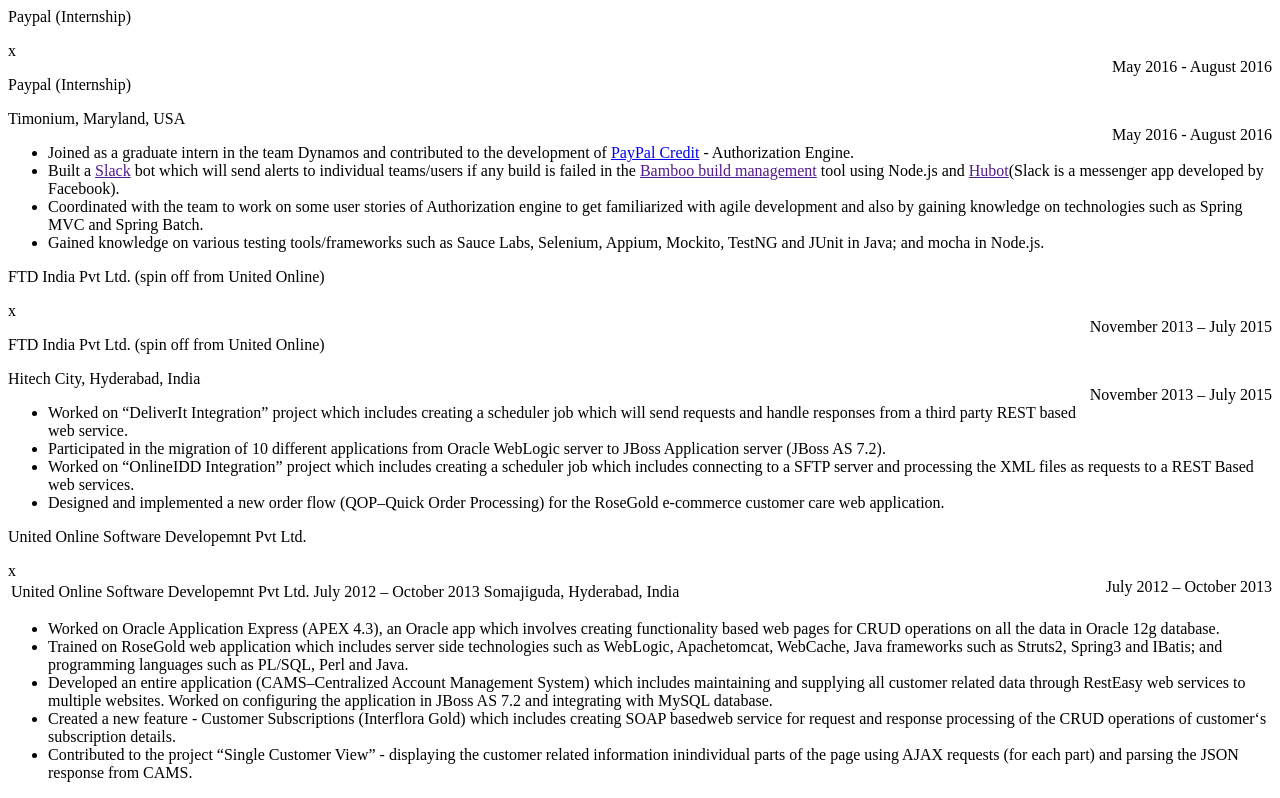
Repository: phanindrakannaji/Resume
Page: http://localhost/application/pages/experience.php
These files come from the project's save history. The page is drawn as it stood at one moment and after the next save; the edit follows.
The browser window is 1280 px wide. The pictures show the whole page.
The page is run by PHP 8.4 with error messages shown; the project is at /var/www/html/.

Above is the page before, as saved 2016-09-25 17:06:58.
Console error: ReferenceError: $ is not defined

After the next save:
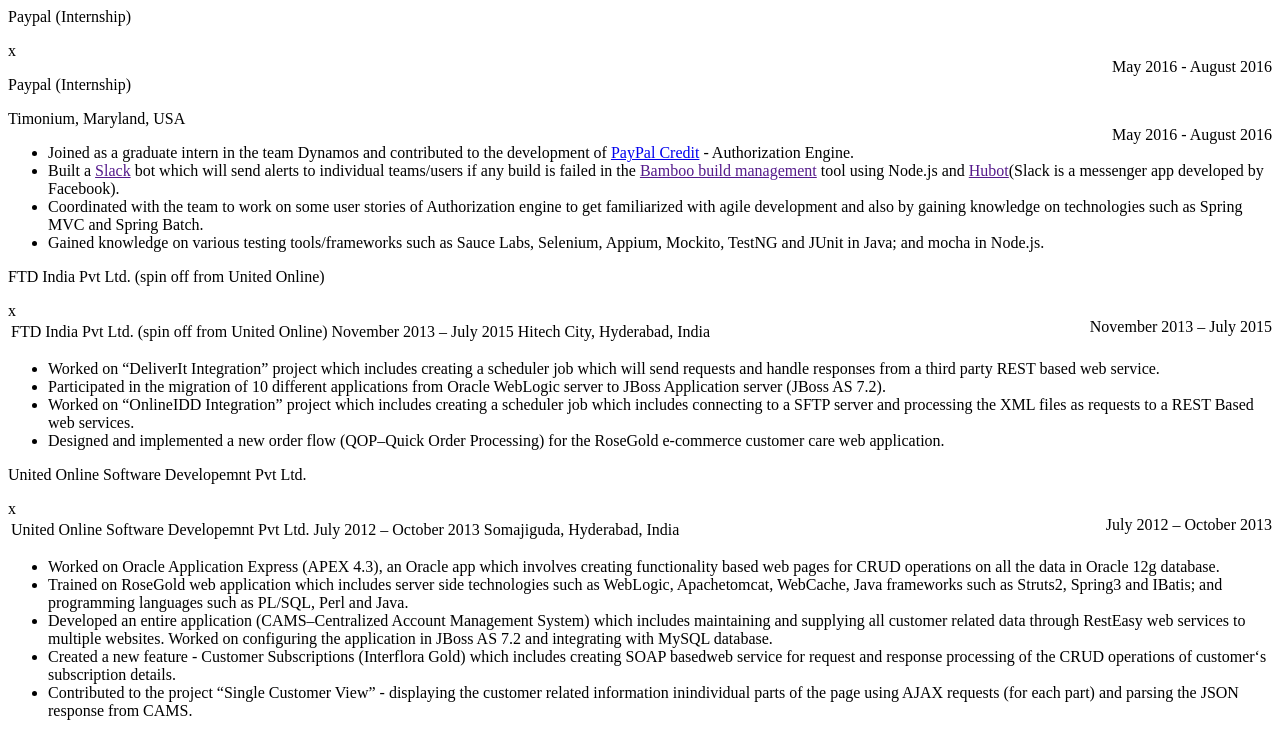
Saved 45 s later.
--- a/Resume/application/pages/experience.php
+++ b/Resume/application/pages/experience.php
@@ -47,12 +47,15 @@
 	<div class="divExperienceWork modal">
 		<div class="modal-content">
 			<span class="close">x</span>
-			<p class="expHeading">FTD India Pvt Ltd. (spin off from United
-				Online)</p>
-			<p class="expHeadingContent" style="float: right;">November 2013 –
-				July 2015</p>
-			<p class=" expHeadingContent divExperiencelocation ">Hitech City,
-				Hyderabad, India</p>
+			<table>
+				<tr>
+					<td>FTD India Pvt Ltd. (spin off from United Online)</td>
+					<td>November 2013 – July 2015</td>
+					<td>Hitech City, Hyderabad, India</td>
+				</tr>
+			</table>
+
+
 			<ul>
 				<li>Worked on “DeliverIt Integration” project which includes
 					creating a scheduler job which will send requests and handle
